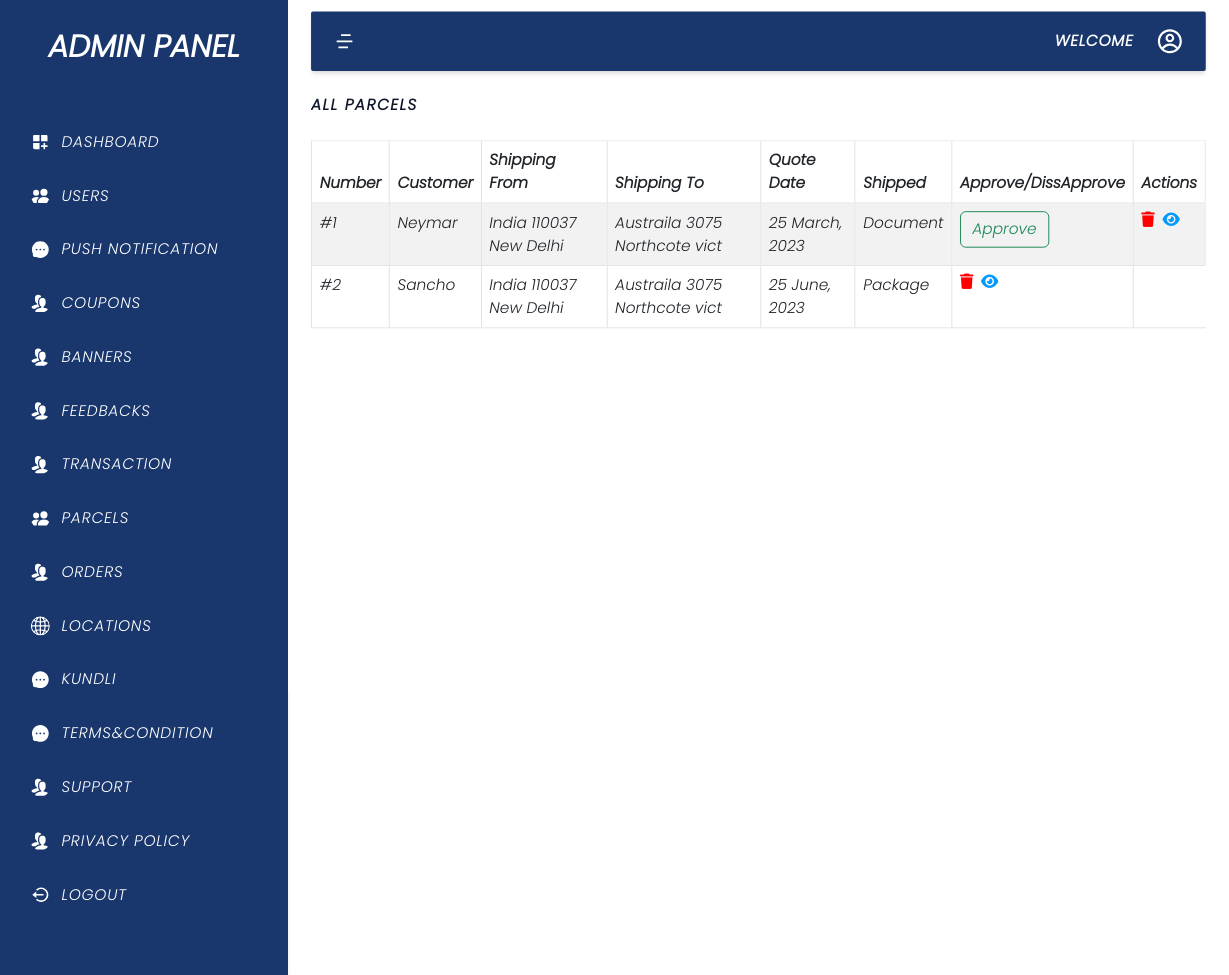
Repository: FlyweisReact/sarita
Page: /astro
The author's editor kept a copy of each file at every save. The page is drawn from the files as they stood at one save, then again after the next save.
The browser window is 1280 px wide. The pictures show the whole page, at 96% of full size.
Some web libraries are served in a nearby version. The project was rebuilt for these pictures with package versions that can differ from the ones it lists, and the page was loaded fresh each time. Also part of the build but not shown: src/vendorPanel/forms/VendorLogin.jsx, src/vendorPanel/pages/AdminDiscount.js, src/vendorPanel/pages/AdminReview.js, src/vendorPanel/pages/Banners.js, src/vendorPanel/pages/Booking.js, src/vendorPanel/pages/Horoscope.js, src/vendorPanel/pages/Kundli.js, src/vendorPanel/pages/Message.js and 8 more.

Above is the page before, as saved 2023-04-19 13:03:44.

### public/index.html
<!-- @format -->

<!DOCTYPE html>
<html lang="en">
  <head>
    <meta charset="utf-8" />
    <meta name="viewport" content="width=device-width, initial-scale=1" />
    <meta name="theme-color" content="#000000" />
    <meta
      name="description"
      content="Web site created using create-react-app"
    />
    <link rel="apple-touch-icon" href="%PUBLIC_URL%/favicon.ico?v=2" />
    <link rel="manifest" href="%PUBLIC_URL%/manifest.json" />
    <link rel="preconnect" href="https://fonts.googleapis.com">
<link rel="preconnect" href="https://fonts.gstatic.com" crossorigin>
<link href="https://fonts.googleapis.com/css2?family=Roboto+Mono:ital,wght@1,300&display=swap" rel="stylesheet">
    <title>Ship24*7</title>
  </head>
  <body>
    <noscript>You need to enable JavaScript to run this app.</noscript>
    <div id="root"></div>
    <script src="https://code.jquery.com/jquery-3.6.0.min.js"></script>
    <script src="https://kit.fontawesome.com/b533b351e4.js" crossorigin="anonymous"></script>
  </body>
</html>

### src/index.js
import React from "react";
import ReactDOM from "react-dom/client";
import "./index.css";
import App from "./App";
import { BrowserRouter } from "react-router-dom";
import 'bootstrap/dist/css/bootstrap.min.css'

const root = ReactDOM.createRoot(document.getElementById("root"));
root.render(
  <React.StrictMode>
    <BrowserRouter>
      <App />
    </BrowserRouter>
  </React.StrictMode>
);

### src/index.css
/** @format */

@tailwind base;
@tailwind components;
@tailwind utilities;
@import url("https://fonts.googleapis.com/css2?family=Roboto+Mono:ital,wght@1,300&display=swap");
@font-face {
  font-family: Roboto;
  src: url("./Fonts/Poppins-LightItalic.ttf");
}
body {
  margin: 0;
  font-family: Roboto !important;
  -webkit-font-smoothing: antialiased;
  -moz-osx-font-smoothing: grayscale;
}

code {
  font-family: Roboto !important;
}

html {
  font-family: Roboto !important;
}

::-webkit-scrollbar {
  width: 10px;
}
.fa-trash {
  color: red;
  cursor: pointer;
}

.iCOn {

  transition: 0.5s;
  box-shadow: none;
  transform: scale(1);
}
.cardDiv{
  cursor: pointer;
}

.cardDiv:hover .iCOn{
  box-shadow: rgba(0, 0, 0, 0.35) 0px 5px 15px;
  transform: scale(1.3);
}

/* Track */
::-webkit-scrollbar-track {
  background: #f1f1f1;
}

/* Handle */
::-webkit-scrollbar-thumb {
  background: #888;
}

/* Handle on hover */
::-webkit-scrollbar-thumb:hover {
  background: #555;
}
.profileImage {
  width: 100px;
}
.fa-eye {
  color: #029aff;
  cursor: pointer;
}
.fa-edit {
  cursor: pointer;
  color: blue;
}

.View {
  border: 1px solid black;
  width: 100%;
  padding: 10px;
}

.main-card--container {
  display: grid;
  grid-template-columns: repeat(3, minmax(300px, 500px));
  grid-gap: 50px;
  justify-content: space-around;
}
.card-container {
  margin: 25px 0 auto;
  box-shadow: rgba(0, 0, 0, 0.35) 0px 5px 15px;
  position: relative;
  display: grid;
  grid-template-columns: 1fr;
  justify-content: space-around;
  align-items: flex-start;
}

.myEdit:focus {
  box-shadow: rgba(0, 0, 0, 0.35) 0px 5px 15px;
}



.AstroLogin{
  color: #fff;
  background-color: #2b7a8e;
  padding: 10px;
  width: 380px;
  text-align: center;
  font-size: 20px;
  background: linear-gradient(to left, #2b7a8e 50%, #fff 50%) right;
  background-size: 200%;
  transition: 0.5s ease-out;
  border: 1px solid #2b7a8e;
  margin-top: 10px;
  text-transform: uppercase;
}
.AstroLogin:hover {
  background-position: left;
  color: #2b7a8e;
}

.EcommerceAdminLogin{
  color: #fff;
  background-color: #19376d ;
  padding: 10px;
  width: 380px;
  text-align: center;
  font-size: 20px;
  background: linear-gradient(to left, #19376d 50%, #fff 50%) right;
  background-size: 200%;
  transition: 0.5s ease-out;
  border: 1px solid #19376d;
  margin-top: 10px;
  text-transform: uppercase;
}

.EcommerceAdminLogin:hover{
  background-position: left;
  color: #19376d;
}
.EcommerceVendorLogin{
  color: #fff;
  background-color: #576cbc;
  padding: 10px;
  width: 380px;
  text-align: center;
  font-size: 20px;
  background: linear-gradient(to left, #576cbc 50%, #fff 50%) right;
  background-size: 200%;
  transition: 0.5s ease-out;
  border: 1px solid #576cbc;
  margin-top: 10px;
  text-transform: uppercase;
}

.EcommerceVendorLogin:hover{
  background-position: left;
  color: #576cbc;
}

.view{
  background-color: #2196f3;
  color: #fff;
  width: 50%;
  padding: 5px;
}


.two-sec{
display:flex;
justify-content: space-evenly;
  justify-content: space-evenly;
}
.two-sec .left{
  width: 60%;
  background-color: #f6f1ef;
  padding: 20px;
 }
 .two-sec .left .head{
  font-size: 25px;
  font-weight: bold;
 }



.two-sec .right{
  width: 30%;
  background-color: #f6f1ef;
 }

 .searchDiv{
  width: 100%;
  display: flex;
  gap: 10px;
  border: 1px solid rgb(179, 179, 179);
  padding: 10px;
  margin-bottom: 20px;
  align-items: center;
 }
 .searchDiv input {
  width: 94%;
  outline: none;
  border: none;
 }

### src/vendorPanel/pages/Astrologers.js
/** @format */

import React, { useState } from "react";
import HOC from "../layout/HOC";
import { Table, Modal, Form, Button, Container } from "react-bootstrap";

const Astrologers = () => {
  const [modalShow, setModalShow] = React.useState(false);
  const [viewModal, setViewModal] = useState(false);

  // Add Astrologer
  function MyVerticallyCenteredModal(props) {
    return (
      <Modal
        {...props}
        size="lg"
        aria-labelledby="contained-modal-title-vcenter"
        centered
      >
        <Modal.Header closeButton>
          <Modal.Title id="contained-modal-title-vcenter" style={{textTransform : 'uppercase'}}>
            Add Astrologer
          </Modal.Title>
        </Modal.Header>
        <Modal.Body>
          <Form>
            <Form.Group className="mb-3">
              <Form.Label>Image</Form.Label>
              <Form.Control type="text" required />
            </Form.Group>
            <Form.Group className="mb-3">
              <Form.Label>Expert Tag</Form.Label>
              <Form.Control type="text" required />
            </Form.Group>
            <Form.Group className="mb-3">
              <Form.Label>Name</Form.Label>
              <Form.Control type="text" required />
            </Form.Group>
            <Form.Group className="mb-3">
              <Form.Label>Description</Form.Label>
              <Form.Control type="text" required />
            </Form.Group>
            <Form.Group className="mb-3">
              <Form.Label>Language</Form.Label>
              <Form.Control type="text" required />
            </Form.Group>
            <Form.Group className="mb-3">
              <Form.Label>Experience</Form.Label>
              <Form.Control type="text" required />
            </Form.Group>
            <Form.Group className="mb-3">
              <Form.Label>Rating</Form.Label>
              <Form.Control type="text" required />
            </Form.Group>
            <Form.Group className="mb-3">
              <Form.Label>Price per min</Form.Label>
              <Form.Control type="text" required />
            </Form.Group>
            <Form.Group className="mb-3">
              <Form.Label>Discounted Price per min</Form.Label>
              <Form.Control type="text" required />
            </Form.Group>
            <Form.Group className="mb-3">
              <Form.Label>Expertise</Form.Label>
              <Form.Control type="text" required />
            </Form.Group>
            <Form.Group className="mb-3">
              <Form.Label>Skills</Form.Label>
              <Form.Control type="text" required />
            </Form.Group>
            <Form.Group className="mb-3">
              <Form.Label>Min. of consultation</Form.Label>
              <Form.Control type="text" required />
            </Form.Group>
            <Form.Group className="mb-3">
              <Form.Label>Commission</Form.Label>
              <Form.Control type="number" min={0} required />
            </Form.Group>
            <Form.Group className="mb-3">
              <Form.Label>About</Form.Label>
              <Form.Control type="text" required />
            </Form.Group>
            <Button variant="outline-success" type="submit">
              Submit
            </Button>
          </Form>
        </Modal.Body>
      </Modal>
    );
  }

  // View Astrolger
  function ViewModal(props) {
    return (
      <Modal
        {...props}
        size="lg"
        aria-labelledby="contained-modal-title-vcenter"
        centered
      >
        <Modal.Header closeButton>
          <Modal.Title id="contained-modal-title-vcenter" style={{textTransform : 'uppercase'}}>
            View Quote
          </Modal.Title>
        </Modal.Header>
        <Modal.Body>
          <Container>
            <p className="View">
              {" "}
              <strong>Customer :  </strong> Sancho{" "}
            </p>
            <p className="View">
              {" "}
              <strong> Shipping From :  </strong> India 110037 New Delhi{" "}
            </p>
            <p className="View">
              {" "}
              <strong> Shipping To :  </strong> Australia  3075 Northcote
            </p>
            <p className="View">
              {" "}
              <strong> What is getting Shipped :  </strong> Document {" "}
            </p>
            <p className="View">
              {" "}
              <strong>  Weight : </strong> 60 Grams{" "}
            </p>
            <p className="View">
              {" "}
              <strong> Length (cm) : </strong> 60{" "}
            </p>
            <p className="View">
              {" "}
              <strong> Width :  </strong> 40 {" "}
            </p>
            <p className="View">
              {" "}
              <strong>Height (cm) : </strong> 30.0{" "}
            </p>
            <p className="View">
              {" "}
              <strong> Quantity :  </strong> 2{" "}
            </p>
            <p className="View">
              {" "}
              <strong> Shipment Value :  </strong>  $50{" "}
            </p>

          </Container>
        </Modal.Body>
      </Modal>
    );
  }



  return (
    <>
      <MyVerticallyCenteredModal
        show={modalShow}
        onHide={() => setModalShow(false)}
      />
      <ViewModal show={viewModal} onHide={() => setViewModal(false)} />

      <section>
        <div className="pb-4 sticky top-0  w-full flex justify-between items-center bg-white">
          <span className="tracking-widest text-slate-900 font-semibold uppercase ">
            All Parcels
          </span>
        </div>

        <div className="wcomp overflow-x-auto">
          <Table striped bordered hover>
            <thead>
              <tr>
                <th>Number</th>
                <th>Customer</th>
                <th>Shipping From </th>
                <th>Shipping To</th>
                <th>Quote Date</th>
                <th>Shipped</th>
                <th>Approve/DissApprove</th>
                <th>Actions</th>
              </tr>
            </thead>
            <tbody>
              <tr>
              <td>#1</td>
              <td>Neymar</td>
              <td>India 110037 New Delhi</td>
              <td>Austraila 3075 Northcote vict</td>
              <td>25 March, 2023</td>
              <td>Document</td>
              <td>
                <Button variant="outline-success">Approve</Button>
              </td>
                <td>
                  <span className="d-flex gap-2">
                    <i className="fa-solid fa-trash" />
                    <i
                      className="fa-sharp fa-solid fa-eye"
                      onClick={() => setViewModal(true)}
                    ></i>
                  </span>
                </td>
              </tr>
              <tr>
              <td>#2</td>
              <td>Sancho</td>
              <td>India 110037 New Delhi</td>
              <td>Austraila 3075 Northcote vict</td>
              <td>25 June, 2023</td>
              <td>Package</td>
                <td>
                  <span className="d-flex gap-2">
                    <i className="fa-solid fa-trash" />
                    <i
                      className="fa-sharp fa-solid fa-eye"
                      onClick={() => setViewModal(true)}
                    ></i>
                  </span>
                </td>
              </tr>
            </tbody>
          </Table>
        </div>
      </section>
    </>
  );
};

export default HOC(Astrologers);

### src/vendorPanel/layout/HOC.jsx
import React, { useState } from "react";
import Navbar from "./Navbar";
import Sidebar from "./Sidebar";

const HOC = (Wcomponenet) => {
  return function Component() {
    const [hamb, setHamb] = useState(false);
    return (
      <>
        <section className="flex overflow-x-hidden relative">
          {/* Sidebar */}
          <div
            className={
              hamb
                ? " absolute top-0 z-30 md:w-auto shadow-md bg-slate-200  w-60 transition-all md:-left-full left duration-150  h-auto overflow-y-auto  left-0 "
                : " md:w-72 z-30 bg-slate-200  shadow-md  md:static absolute top-0 -left-full   transition-all duration-150  overflow-y-auto h-auto"
            }
            style={{minWidth : '300px'}}
          >
            <Sidebar hamb={hamb} setHamb={setHamb} />
          </div>
          {/* Components & Navbar */}
          <div
            className={
              hamb
                ? " transition-all px-4 py-2  bg-white duration-150 w-full h-screen"
                : " w-full h-screen  px-4 py-2  bg-white z-50 transition-all duration-150 "
            }
          >
            <Navbar hamb={hamb} setHamb={setHamb} />
            <div className="my-6 text-#000 h-[87%] wcomp overflow-y-auto">
              <Wcomponenet />
            </div>
          </div>
        </section>
      </>
    );
  };
};

export default HOC;

### src/vendorPanel/layout/Navbar.jsx
/** @format */

import { RiMenu4Line } from "react-icons/ri";
import { CgProfile } from "react-icons/cg";
import Form from "react-bootstrap/Form";
import { useState } from "react";
import Button from "react-bootstrap/Button";
import Modal from "react-bootstrap/Modal";
import Container from "react-bootstrap/Container";

function MyVerticallyCenteredModal(props) {
  return (
    <Modal
      {...props}
      size="lg"
      aria-labelledby="contained-modal-title-vcenter"
      centered
    >
      <Modal.Header closeButton>
        <Modal.Title id="contained-modal-title-vcenter">
          Edit Profile
        </Modal.Title>
      </Modal.Header>
      <Modal.Body>
        <Container style={{ width: "600px" }}>
          <Form>
            <Form.Group className="mb-3" controlId="formBasicEmail">
              <Form.Label>Name</Form.Label>
              <Form.Control type="text" placeholder="Admin" />
            </Form.Group>
            <Form.Group className="mb-3" controlId="formBasicPassword">
              <Form.Label>Email Address</Form.Label>
              <Form.Control type="email" placeholder="admin@gmail.com" />
            </Form.Group>
            <Form.Group className="mb-3" controlId="formBasicPassword">
              <Form.Label>Password</Form.Label>
              <Form.Control type="password" placeholder="Password" />
            </Form.Group>
            <Button
              style={{ backgroundColor: "#19376d", borderRadius: "0" }}
              type="submit"
            >
              Edit
            </Button>
          </Form>
        </Container>
      </Modal.Body>
    </Modal>
  );
}

const Navbar = ({ hamb, setHamb }) => {
  const [modalShow, setModalShow] = useState(false);

  return (
    <>
      <MyVerticallyCenteredModal
        show={modalShow}
        onHide={() => setModalShow(false)}
      />

      <div
        className={
          hamb
            ? "flex  w-full justify-between  my-1 rounded-sm  p-4 py-3 shadow-md items-center  bg-slate-200 space-x-4"
            : "flex  w-full justify-between my-1 rounded-sm  p-4 py-3 shadow-md items-center  bg-slate-200 space-x-4"
        }
        style={{ backgroundColor: "#19376d" }}
      >
        <RiMenu4Line
          onClick={() => setHamb(!hamb)}
          className="text-2xl font-bold text-gray-900 hover:scale-90 cursor-pointer"
          style={{ color: "#fff" }}
        />

        <section className="flex sm:ml-auto justify-end sm:w-full items-center space-x-2  pr-2">
          <figcaption className="tracking-wider pl-1 font-semibold">
            <div
              className="lg:text-base text-sm text-gray-900  uppercase"
              style={{ color: "#fff" }}
            >
              Welcome
            </div>
          </figcaption>
        </section>

        <CgProfile
          onClick={() => setModalShow(true)}
          className="text-2xl sm:text-3xl font-bold text-[rgb(241,146,46)] cursor-pointer"
          style={{ color: "#fff" }}
        />
      </div>
    </>
  );
};

export default Navbar;

### src/vendorPanel/layout/Sidebar.jsx
/** @format */

import React from "react";
import { RiCloseLine } from "react-icons/ri";
import { Link, useNavigate } from "react-router-dom";
import { BsFillPeopleFill } from "react-icons/bs";
import { ImUsers } from "react-icons/im";
import { BiLogOutCircle } from "react-icons/bi";
import { MdDashboardCustomize } from "react-icons/md";
import { BsGlobe2 } from "react-icons/bs";
import { AiFillMessage } from "react-icons/ai";

const Sidebar = ({ hamb, setHamb }) => {
  const navigate = useNavigate();

  const nav = [
    {
      icon: <MdDashboardCustomize className="text-xl mr-3 rounded-full " />,
      link: "/vendorDashboard",
      name: "DASHBOARD",
    },
    {
      icon: <BsFillPeopleFill className="text-xl mr-3 rounded-full " />,
      link: "/admin/users",
      name: "USERS",
    },
    {
      icon: <AiFillMessage className="text-xl mr-3 rounded-full " />,
      link: "/msg",
      name: "Push NOTIFICATION",
    },
    {
      icon: <ImUsers className="text-xl mr-3 rounded-full " />,
      link: "/AdminDiscount",
      name: "COUPONS",
    },
    {
      icon: <ImUsers className="text-xl mr-3 rounded-full " />,
      link: "/Banners",
      name: "BANNERS",
    },
    {
      icon: <ImUsers className="text-xl mr-3 rounded-full " />,
      link: "/adminReviews",
      name: "FEEDBACKS",
    },
    {
      icon: <ImUsers className="text-xl mr-3 rounded-full " />,
      link: "/admin/blogs",
      name: "Transaction",
    },
    {
      icon: <BsFillPeopleFill className="text-xl mr-3 rounded-full " />,
      link: "/astro",
      name: "Parcels",
    },

    {
      icon: <ImUsers className="text-xl mr-3 rounded-full " />,
      link: "/book",
      name: "Orders",
    },



    {
      icon: <BsGlobe2 className="text-xl mr-3 rounded-full " />,
      link: "/horo",
      name: "Locations",
    },
    {
      icon: <AiFillMessage className="text-xl mr-3 rounded-full " />,
      link: "/kundli",
      name: "KUNDLI",
    },









    {
      icon: <AiFillMessage className="text-xl mr-3 rounded-full " />,
      link: "/admin/terms",
      name: "TERMS&CONDITION",
    },
    {
      icon: <ImUsers className="text-xl mr-3 rounded-full " />,
      link: "/admin/support",
      name: "SUPPORT",
    },
    {
      icon: <ImUsers className="text-xl mr-3 rounded-full " />,
      link: "/privacy-policy",
      name: "PRIVACY POLICY",
    },

  ];

  const logOut = () => {
    navigate("/");
  };

  return (
    <>
      <aside
        className="p-4 h-auto"
        style={{ backgroundColor: "#19376d", minHeight: "100vh" }}
      >
        {/* Top */}
        <div className="w-full md:hidden relative  p-2 mb-4">
          <RiCloseLine
            onClick={() => setHamb(!hamb)}
            className="text-3xl  absolute top-2 sm:hover:rotate-[228deg] transition-transform font-bold right-2 sm:hover:text-[22px] text-[rgb(241,146,46)] cursor-pointer"
          />
        </div>{" "}
        <figure className="flex  flex-col items-center">
          <span className="font-bold text-[#fff]" style={{ fontSize: "2rem"  , textAlign : 'center'}}>
            ADMIN PANEL
          </span>
        </figure>
        <nav className="py-6">
          {nav.map((nav) => {
            return (
              <Link
                to={nav.link}
                key={nav.name}
                className=""
                style={{ textDecoration: "none"  , textTransform : 'uppercase'}}
              >
                <span
                  className="flex my-3 items-center cursor-pointer text-gray-900    tracking-wider p-2 rounded-sm"
                  style={{ color: "#fff" }}
                >
                  {nav.icon} {nav.name}
                </span>
              </Link>
            );
          })}
          <span
            className="flex my-3 items-center cursor-pointer text-gray-900    tracking-wider p-2 rounded-sm"
            onClick={() => logOut()}
            style={{ color: "#fff", textTransform : 'uppercase' }}
          >
            <BiLogOutCircle className="text-xl mr-3 rounded-full " /> LogOut
          </span>
        </nav>
      </aside>
    </>
  );
};

export default Sidebar;

Loaded but not shown: tailwind.config.js (common file); src/App.js (58 lines, source omitted)

After the next save:
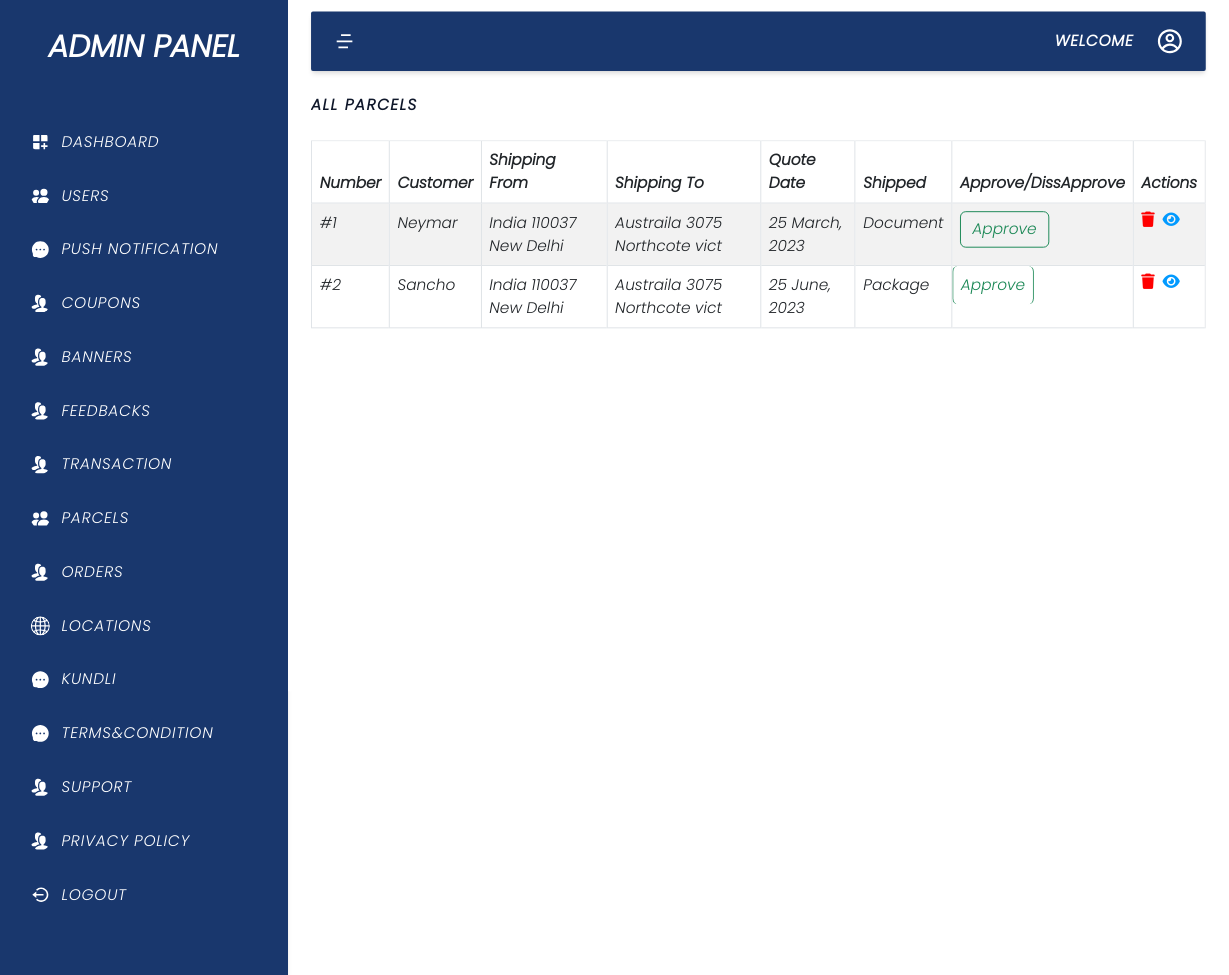
Saved 7 s later.
--- a/src/vendorPanel/pages/Astrologers.js
+++ b/src/vendorPanel/pages/Astrologers.js
@@ -211,6 +211,7 @@ const Astrologers = () => {
               <td>Austraila 3075 Northcote vict</td>
               <td>25 June, 2023</td>
               <td>Package</td>
+              <Button variant="outline-success">Approve</Button>
                 <td>
                   <span className="d-flex gap-2">
                     <i className="fa-solid fa-trash" />
